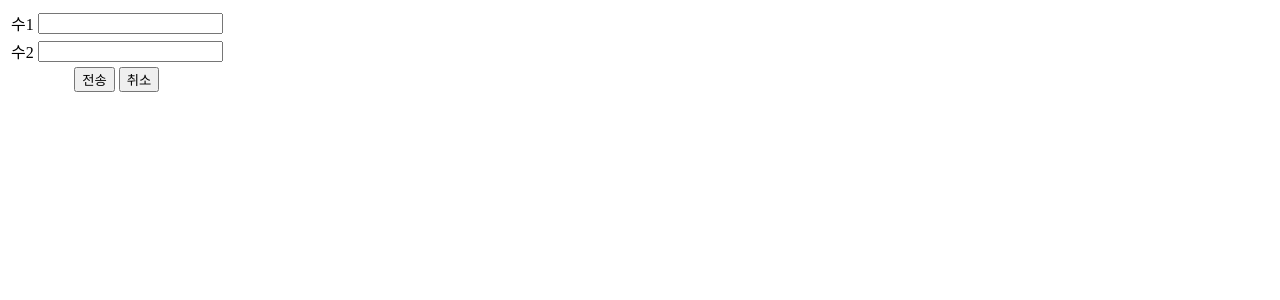
Repository: eastzi/workspace.edu
Page: MVC01/src/main/webapp/su.html
These files come from the project's save history. The page is drawn as it stood at one moment and after the next save; the edit follows.
The browser window is 1280 px wide. The pictures show the whole page.

Above is the page before, as saved 2022-10-12 04:08:08.

### MVC01/src/main/webapp/su.html
<!DOCTYPE html>
<html>
<head>
<meta charset="UTF-8">
<title>Insert title here</title>
</head>
<body>
<table>
	<tr>
		<td>수1</td>
		<td><input type="text" name="su1"></td>
	</tr>
	<tr>
		<td>수2</td>
		<td><input type="text" name="su2"></td>
	</tr>
	<tr>
		<td colspan="2" align="center">
			<input type="button" value="전송"/>
			<input type="button" value="취소"/>
		</td>
	</tr>
</table>
</body>
</html>

After the next save:
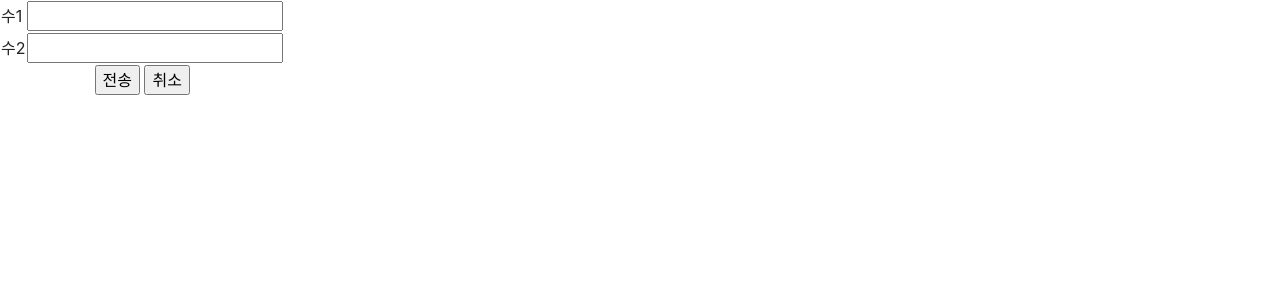
Saved 4 min 0 s later.
--- a/MVC01/src/main/webapp/su.html
+++ b/MVC01/src/main/webapp/su.html
@@ -3,6 +3,11 @@
 <head>
 <meta charset="UTF-8">
 <title>Insert title here</title>
+<meta name="viewport" content="width=device-width, initial-scale=1">
+<link rel="stylesheet" href="https://cdn.jsdelivr.net/npm/bootstrap@4.6.1/dist/css/bootstrap.min.css">
+<script src="https://cdn.jsdelivr.net/npm/jquery@3.6.0/dist/jquery.slim.min.js"></script>
+<script src="https://cdn.jsdelivr.net/npm/popper.js@1.16.1/dist/umd/popper.min.js"></script>
+<script src="https://cdn.jsdelivr.net/npm/bootstrap@4.6.1/dist/js/bootstrap.bundle.min.js"></script>
 </head>
 <body>
 <table>
